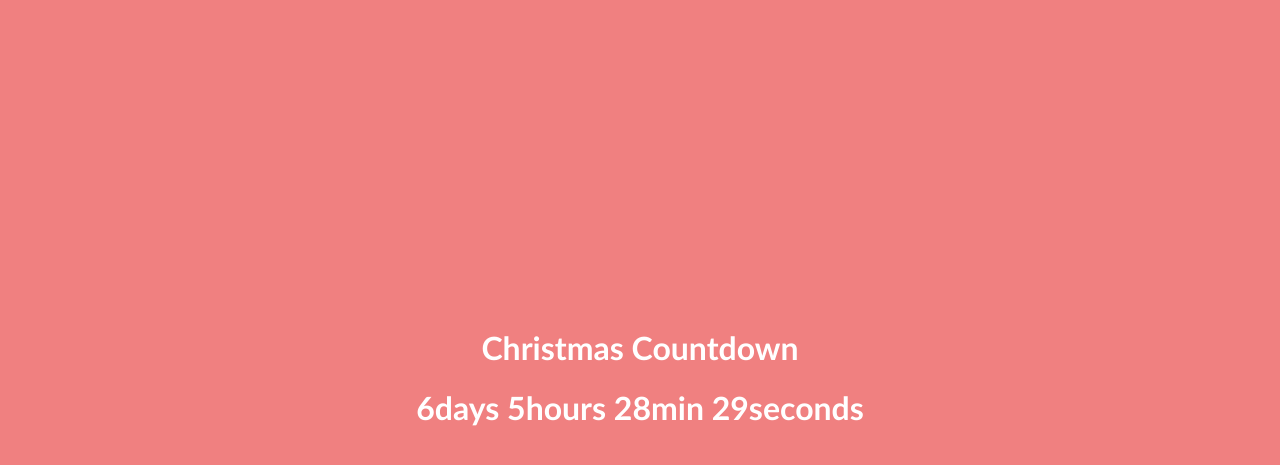
Repository: notMaximilian/countdown-timer
Page: index.html
These files come from the project's save history. The page is drawn as it stood at one moment and after the next save; the edit follows.
The browser window is 1280 px wide. The pictures show the whole page.

Above is the page before, as saved 2021-12-18 18:51:34.

### index.html
<html lang="en">
    <head>
        <meta charset="utf-8"/>
        <title>Christmas Countdown</title>
        <link rel="stylesheet" href="styles.css"/>
    </head>
    <body>
        <h1 id="main-text">Christmas Countdown</h1>
        <h1 id="time-left"></h1>
        <script src="app.js"></script>
    </body>
</html>

### styles.css
body{
    background-color: lightcoral;
    color:white;
    text-align: center;
    padding-top: 25%;
    font-family: 'Trebuchet MS', 'Lucida Sans Unicode', 'Lucida Grande', 'Lucida Sans', Arial, sans-serif;
}

#main-text{
    color:
}

### app.js
const timeLeft = document.getElementById('time-left')
let timerId;
//Units of time
const second = 1000
const minute = second * 60
const hour = minute * 60
const day = hour * 24

const christmas = new Date('12/25/2021')

function countdown(){
    const today = new Date();
    const timeSpan = christmas - today;

    if(timeSpan <= -day){
        timeLeft.innerHTML("I hope you had a Merry Christmas!!!")
        clearInterval(timerId)
        return
    }

    if (timeSpan <= 0){
        timeLeft.innerHTML("Merry Christmas!!!")
        clearInterval(timerId)
        return
    }

    const days = Math.floor(timeSpan / day)
    const hours = Math.floor((timeSpan % day) / hour)
    const minutes = Math.floor((timeSpan % hour) / minute)
    const seconds = Math.floor((timeSpan % minute) / second)

    timeLeft.innerHTML = days + "days " + hours + "hours " + minutes + "min " + seconds + "seconds"

}

timerId = setInterval(countdown, second)

After the next save:
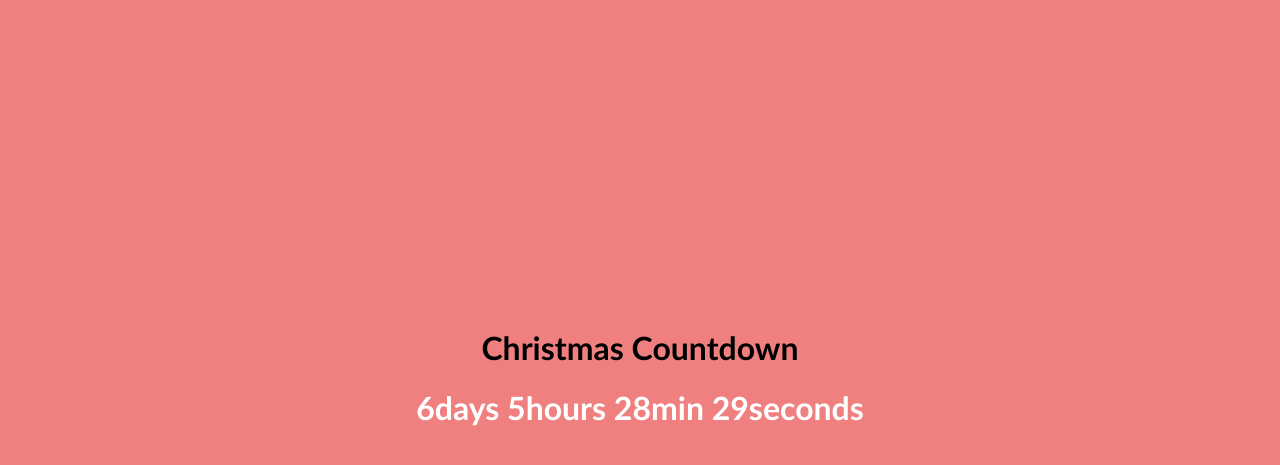
Saved 4 s later.
--- a/styles.css
+++ b/styles.css
@@ -7,5 +7,5 @@ body{
 }
 
 #main-text{
-    color:
+    color:black;
 }
